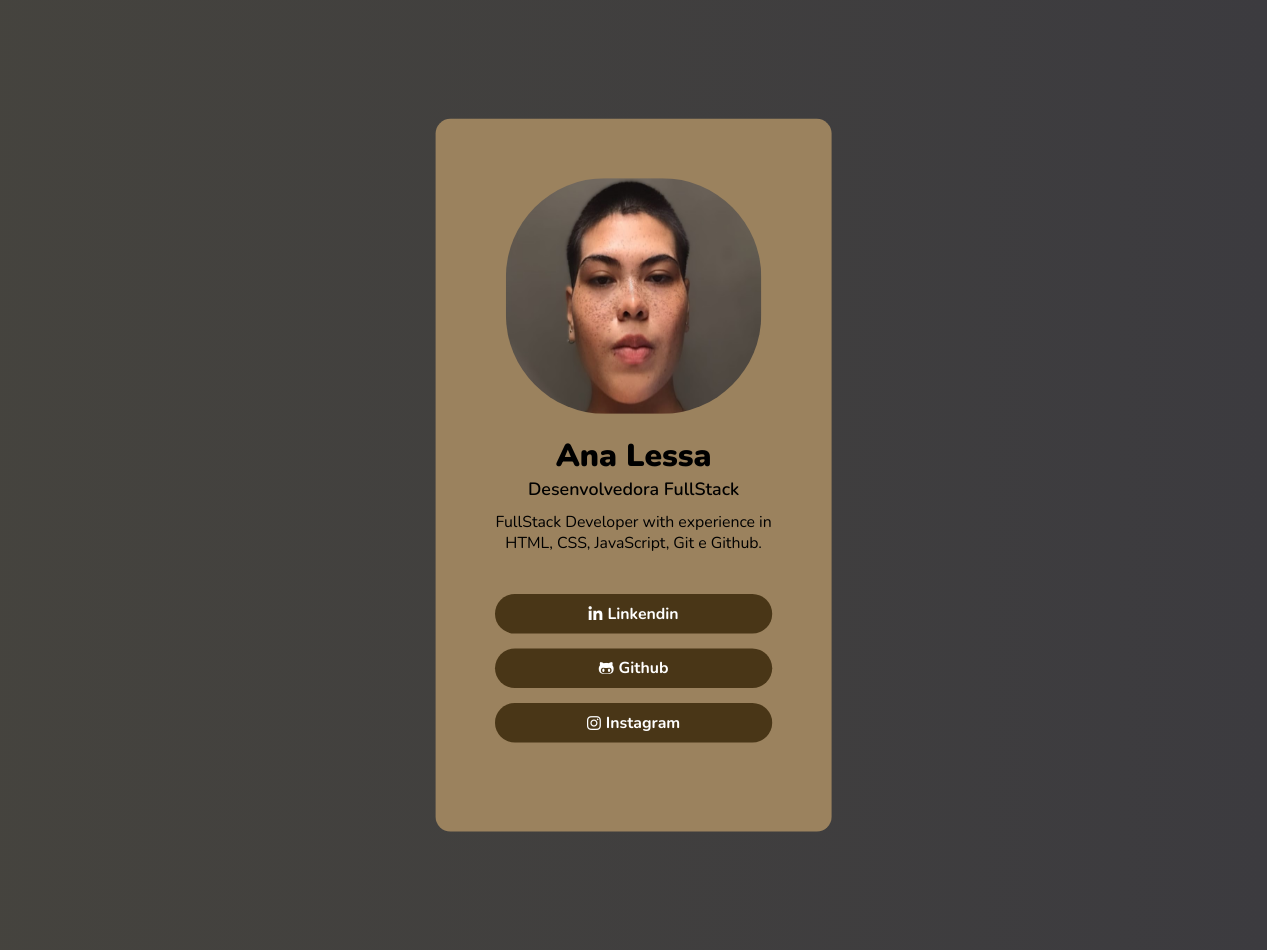
Repository: analessp/linktree
Page: index.html
These files come from the project's save history. The page is drawn as it stood at one moment and after a run of saves; the edit follows.
The browser window is 1280 px wide. The pictures show the whole page, at 99% of full size.

Above is the page before, as saved 2025-04-11 11:32:32.

### index.html
<!DOCTYPE html>
<html lang="pt-BR">
<head>
    <meta charset="UTF-8">
    <meta name="viewport" content="width=device-width, initial-scale=1.0">
    <title>Linktree Ana Lessa</title>
    <link rel="stylesheet" href="style.css">
    <link rel="preconnect" href="https://fonts.googleapis.com">
    <link rel="preconnect" href="https://fonts.gstatic.com" crossorigin>
    <link href="https://fonts.googleapis.com/css2?family=Nunito:ital,wght@0,200..1000;1,200..1000&display=swap" rel="stylesheet">
    <link rel="stylesheet" href="https://cdnjs.cloudflare.com/ajax/libs/font-awesome/6.5.0/css/all.min.css">
</head>
<body>
    <div class="container-main">
    <div class="container-image">
        <img src="./assets/img.jpg" alt="Foto de Ana Lessa">
    </div>
    <div class="container-infos">
        <h1>Ana Lessa</h1>
        <h2>Desenvolvedora FullStack</h2>
    </div>
    <div class="container-easter-egg">
        <p>FullStack Developer with experience in HTML, CSS, JavaScript, Git e Github.</p>
    </div>
    <div class="container-social-links">
        <ul>
            <a href="https://www.linkedin.com/in/ana-lessa-2a312a253/" target="_blank">
            <li>
            <i class="fa-brands fa-linkedin-in"></i>
            <p>Linkendin</p>
            </li></a>
            <a href="https://github.com/analessp" target="_blank">
            <li>
            <i class="fa-brands fa-github-alt"></i>
            <p>Github</p>
            </li></a>
            <a href="https://www.instagram.com/analessp/" target="_blank">
            <li>
            <i class="fa-brands fa-instagram"></i>
            <p>Instagram</p>
            </li></a>
        </ul>
    </div>
    </div>
</body>
</html>

### style.css
* {
    font-family: "Nunito", sans-serif;
    margin: 0;
    padding: 0;
    box-sizing: border-box;
}

body {
    background: #3C3B3F;  /* fallback for old browsers */
background: -webkit-linear-gradient(to right, #605C3C, #3C3B3F);  /* Chrome 10-25, Safari 5.1-6 */
background: linear-gradient(to right, #605C3C, #3C3B3F); /* W3C, IE 10+/ Edge, Firefox 16+, Chrome 26+, Opera 12+, Safari 7+ */
animation: gradientShift 10s ease infinite;
    background-size: 400%;
}

@keyframes gradientShift {
    0% { background-position: 0% 50%; }
    50% { background-position: 100% 50%; }
    100% { background-position: 0% 50%; }
  }

.container-main {
    background-color: #9b825e;
    width: 400px;
    height: 720px;
    box-sizing: border-box;
    margin: 120px auto;
    padding: 60px;
    border-radius: 15px;
    text-align: center;
}

.container-image img{
        width: 258px;
        height: 238px;
        border-radius: 100px;
}

.container-infos {
margin-top: 15px;
margin-bottom: 10px;
}

.container-infos h1 {
    font-weight: 900;
}

.container-infos h2 {
    font-weight: 600;
    font-size: 18px;
}

.container-social-links ul {
    list-style: none;
}

.container-social-links a {
    text-decoration: none;
    color: #ffffff;
}

.container-social-links {
    margin-top: 40px;
}

.container-social-links li {
    display: flex;
    justify-content: center;
    gap: 5px;
    align-items: center;
    width: 280px;
    height: 40px;
    background-color: #493617;
    margin: 15px 0;
    border-radius: 20px;
    font-weight: 700;
    transform-origin: 0.6s%;

    &:hover {
        background-color: bisque (0, 0, 0);
        transform: scale(1.1);
    }
}

After the next 2 saves:
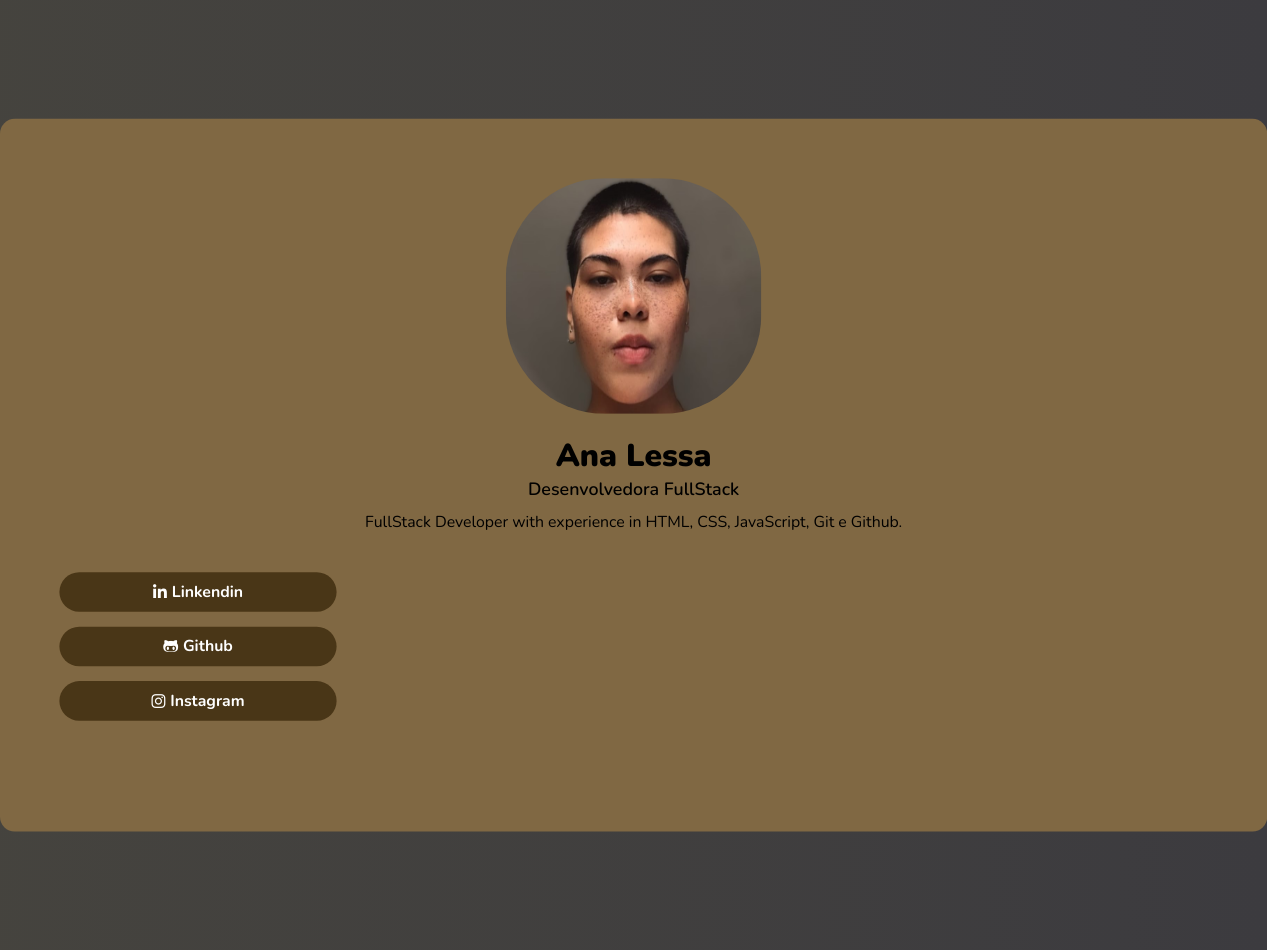
The 2 saves are shown as one change because they came seconds apart.
The last was saved 6 s later.
--- a/style.css
+++ b/style.css
@@ -20,8 +20,7 @@
   }
 
 .container-main {
-    background-color: #9b825e;
-    width: 400px;
+    background-color: #806843;
     height: 720px;
     box-sizing: border-box;
     margin: 120px auto;

After the save that followed:
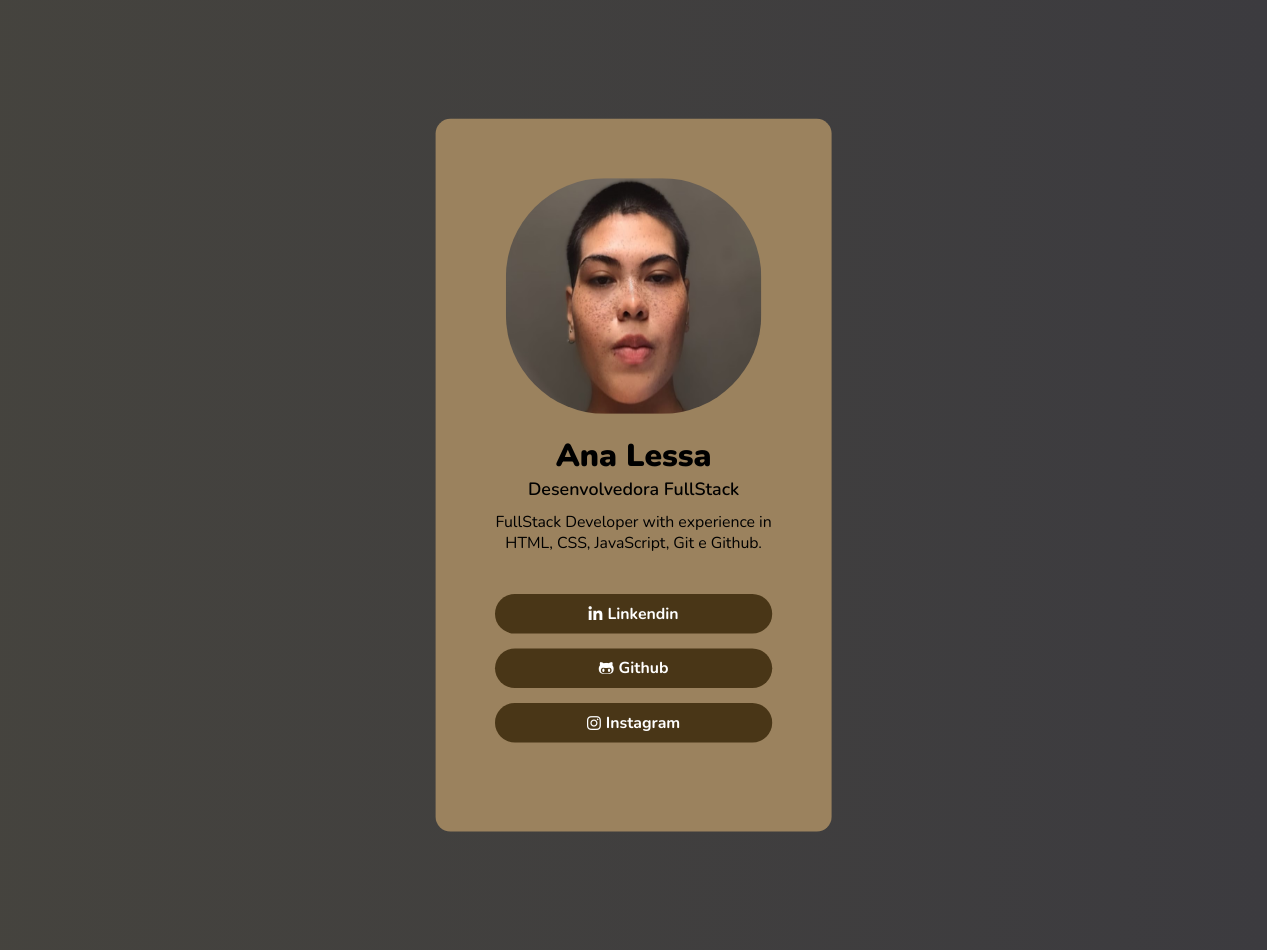
Saved 9 s later.
--- a/style.css
+++ b/style.css
@@ -20,7 +20,8 @@
   }
 
 .container-main {
-    background-color: #806843;
+    background-color: #9b825e;
+    width: 400px;
     height: 720px;
     box-sizing: border-box;
     margin: 120px auto;
